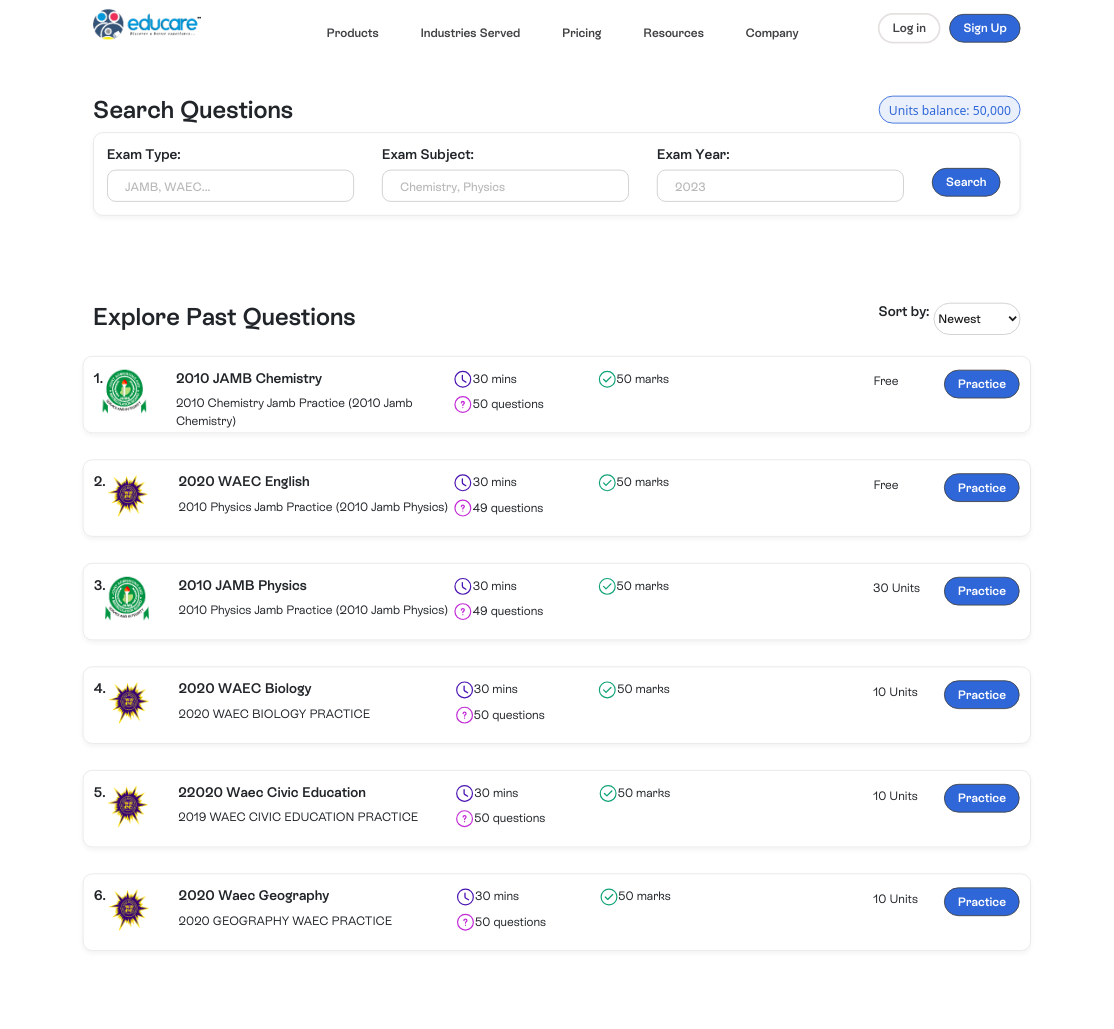
Repository: sarahnnanyelugo/educare-cbt
Page: /exam-list
An editor plug-in stored every save of this project. The page is shown before and after the next save, followed by the edit.
The browser window is 1280 px wide. The pictures show the whole page, at 87% of full size.
The project was rebuilt for these pictures with package versions that can differ from the ones it lists, and the page was loaded fresh each time. Also part of the build but not shown: src/components/Form/SignUpForm.js, src/pages/AuthenticationPage/auth.scss, src/pages/AuthenticationPage/AuthenticationPage.js, src/components/TestModal/test-modal.scss, src/components/TestModal/TestModal.js, src/components/EducareNavBar/MobileDrop/Mobile-drop.js, src/pages/TestInstructions/TestInstructions.js, src/TestData/walletData.js and 39 more. Imported but missing from the stored project, and not drawn on this page: src/components/Form/Password, src/components/GoogleButton/GoogleButton.

Above is the page before, as saved 2023-11-13 19:02:04.

### src/App.css
@font-face {
  font-family: rebondG;
  src: url(./assets/fonts/Rebond_font/RebondG.otf);
}
@font-face {
  font-family: rebondG-Bold;
  src: url(./assets/fonts/Rebond_font/RebondG-Bold.otf);
}
@font-face {
  font-family: rebondG-Semi-Bold;
  src: url(./assets/fonts/Rebond_font/Rebond-semibold.otf);
}
@font-face {
  font-family: rebondG-Medium;
  src: url(./assets/fonts/Rebond_font/RebondGrotesqueMedium.otf);
}
@font-face {
  font-family: rebondBook;
  src: url(./assets/fonts/Rebond_font/RebondG-Book.ttf);
}

h1,
h2,
h3,
h4,
h5,
h6 {
  font-family: rebondG-Semi-Bold;
}

p {
  font-family: rebondBook;
  font-size: 16px;
}
small {
  font-family: rebondBook;
}
button {
  font-family: rebondG-Semi-Bold;
}
ul li {
  font-family: rebondG-Medium;
}
@media screen and (min-width: 620px) {
  .flexy {
    display: flex;
  }
}
@media screen and (max-width: 620px) {
  .flexyM {
    display: flex;
  }
}
hr {
  border-color: #a4a2a2 !important;
}

### src/pages/ExamList/ExamList.js
import React, { useState } from "react";
import { Exams } from "../../components/Exams/Exams";
import { exams } from "../../TestData";
import "./exam-list.scss";
import Table from "react-bootstrap/Table";
import { Navbar } from "../../components/Navbar/Navbar";
import EducareNavBar from "../../components/EducareNavBar/EducareNavBar";
import { useLocation } from "react-router-dom";

export const ExamList = () => {
  const [user, setUser] = useState(JSON.parse(sessionStorage.getItem("user")));

  const [state, setState] = useState({
    query: "",
    list: exams,
  });
  const location = useLocation();

  return (
    <>
      <div>{user === undefined ? <Navbar /> : <EducareNavBar />}</div>
      <div className="home-div col-md-10 offset-md-1 mt5">
        <div className="flexy flexyM unit">
          <h3>Search Questions</h3>
          <button>Units balance: 50,000</button>
        </div>
        <div className="flexy question-type-div">
          <div className="col-md-11 flexy">
            {" "}
            <div className="col-md-4">
              <h6>Exam Type:</h6>
              <input placeholder="JAMB, WAEC..." />
            </div>
            <div className="col-md-4">
              <h6>Exam Subject:</h6>
              <input placeholder="Chemistry, Physics" />
            </div>
            <div className="col-md-4">
              <h6>Exam Year:</h6>
              <input placeholder="2023" />
            </div>
          </div>
          <div className="col-md-1 ">
            <button>Search</button>
          </div>
        </div>
        <div className="flexy sort flexyM">
          <h3>Explore Past Questions</h3>
          <div className="flexy flexyM">
            <h6>Sort by:</h6>
            <select>
              <option>Newest</option>
              <option>Oldest</option>
              <option>Subject</option>
              <option>Year</option>
            </select>
          </div>
        </div>
        <div className="row ">
          {state.list.map((data, index) => (
            <Exams data={data} />
          ))}
        </div>
      </div>
    </>
  );
};

### src/pages/ExamList/exam-list.scss
@import "../../variables";
@import "../../shared-styles";

.home-div {
  padding-top: 60px;
  padding-bottom: 60px;
  .unit {
    h3 {
      flex-grow: 1;
    }
    button {
      color: #2f67d8;
      background: #2f67d81a;
      border: solid 1px #2f67d8;
      width: 163px;
      font-size: 14px;
      height: 32px;
      border-radius: 100px;
      @media screen and (max-width: 620px) {
        width: 140px;
        font-size: 12px;
      }
    }
    @media screen and (max-width: 620px) {
      margin-bottom: 10px;
    }
  }
  .question-type-div {
    border-radius: 11px;
    background: #ffffff;
    padding: 15px;
    border: solid 1px #e7e7e7;
    box-shadow: 0px 3px 6px #0000000d;
    input {
      width: 90%;
      border: solid 1px #cecbcb;
      height: 37px;
      border-radius: 10px;
      background: #fff;
      padding-left: 20px;
      @media screen and (max-width: 620px) {
        width: 100%;
      }
    }
    ::placeholder {
      color: #191919 !important;
      text-align: left;
      opacity: 0.3;
      font-size: 14px !important;
      font-family: rebondG-Medium;
    }
    button {
      @include main-btn;
      margin-top: 25px;
    }
    h6 {
      @media screen and (max-width: 620px) {
        margin-top: 30px;
      }
    }
  }
  .sort {
    margin-top: 100px;
    margin-bottom: 20px;
    h3 {
      flex-grow: 1;
      @media screen and (max-width: 620px) {
        font-size: 16px;
        margin-top: 10px;
      }
    }
    h6 {
      // margin-top: 10px;
      margin-right: 5px;
    }
    select {
      border: solid 1px #cecbcb;
      border-radius: 35px;
      width: 100px;
      height: 37px;
      background: #fff;
      font-family: rebondG-Medium;
      font-size: 14px;
      color: #191919;
    }
  }
}

### src/pages/TestInstructions/test-instructions.scss
@import "../../variables";
@import "../../shared-styles";

.test-instructions-div {
  padding-top: 80px;
  padding-bottom: 250px;
  background: url("../../assets/images/brush-bg.png");
  background-size: cover;
  background-repeat: no-repeat;
  //   background-position: center;
  @media screen and (max-width: 620px) {
    padding-left: 10px;
    padding-right: 10px;
  }
  .T-instructions {
    border: 1px solid #e7e7e7;
    box-shadow: 0px 3px 6px #0000000d;
    border-radius: 10px;
    height: 444px;
    background: #fff;
    padding: 30px 20px;
    @media screen and (max-width: 620px) {
      height: fit-content;
    }
    .title-div {
      border-bottom: 1px solid #e7e7e7;
    }
    .inner {
      margin-top: 30px;
      h6 {
        margin-bottom: 20px;
        font-size: 16px;
      }
      p {
        font-size: 16px;
      }
      .proceed-btn {
        @include main-btn;
      }
      .back-btn {
        border: 1px solid #2f67d8;
        color: #2f67d8;
        background: #fff;
        border-radius: 100px;
        width: 91px;
        height: 36px;
        font-size: 14px;
      }
      .instruction-btns {
        margin-top: 250px;
        @media screen and (max-width: 620px) {
          margin-top: 120px;
        }
      }
    }
    ul {
      margin-top: 60px;
    }
    ul li {
      color: #d52143;
      font-size: 14px;
      img {
        margin-right: 7px;
      }
    }
  }
}

### src/pages/Wallet/wallet.scss
@import "../../variables";
@import "../../shared-styles";

.balance-sheet {
  height: 146px;
  border: 1px solid var(--unnamed-color-2f67d8);
  background: #2f67d81a 0% 0% no-repeat padding-box;
  box-shadow: 0px 3px 6px #0000000d;
  border: 1px solid #2f67d8;
  border-radius: 10px;
  padding: 20px;
  button {
    @include main-btn;
    margin-top: 40px;
  }
  h1 {
    font-family: rebondG-Bold;
  }
}
.activity-div {
  height: 106px;
  background: var(--unnamed-color-ffffff) 0% 0% no-repeat padding-box;
  background: #ffffff 0% 0% no-repeat padding-box;
  box-shadow: 0px 3px 6px #0000000d;
  border: 1px solid #e7e7e7;
  border-radius: 11px;
  padding: 0px 20px;
  margin-top: 20px;
  small {
    font-size: 12px;
    color: #191919;
    opacity: 0.5;
  }
  p {
    font-size: 14px;
    color: #191919;
    opacity: 0.5;
    line-height: 20px;
  }
  h6 {
    // margin: 0 !important;
  }
  img {
    height: 49px;
    width: 50px;
    margin-top: 20px;
  }
}

.your-div {
  opacity: 0;
  transform: translateY(100%);
  transition: opacity 0.5s, transform 0.5s;
}

.your-div.slide-in {
  opacity: 1;
  transform: translateY(0);
}

/* Add a delay for each div */
.your-div:nth-child(1) {
  transition-delay: 0.5s;
}

.your-div:nth-child(2) {
  transition-delay: 1s;
}

.your-div:nth-child(3) {
  transition-delay: 1.5s;
}
.your-div:nth-child(4) {
  transition-delay: 2s;
}

/* Add more rules for additional divs */

### src/pages/SummaryPage/summary.scss
@import "../../variables";
@import "../../shared-styles";

.test-instructions-div {
  padding-top: 80px;
  padding-bottom: 250px;
  background: url("../../assets/images/brush-bg.png");
  background-size: cover;
  background-repeat: no-repeat;
  .test-body {
    height: 394px;
    box-shadow: 0px 3px 6px #0000000d;
    border: 1px solid #e7e7e7;
    border-radius: 10px;
    background: #fff;
    h3 {
      color: #191919;
      font-family: rebondG-Bold;
      font-size: 20px;
    }

    .attempts-btn {
      border-bottom: solid 1px #e7e7e7;
    }
  }
  .return-btn {
    padding: 5px 10px;
    background: #2f67d8;
    border: solid 1px #414244;
    border-radius: 100px;
    font-family: rebondG-Semi-Bold;
    color: #fff;
    font-size: 14px;
  }
}
.summary-btn {
  border: solid 1px #2f67d8;
  box-shadow: 0px 3px 6px #0000000d;
  border-radius: 10px;
  width: 94px;
  height: 52px;
  color: #2f67d8;
  font-family: rebondG-Bold;

  background: #2f67d81a;
  font-size: 14px;
}
.submit-query {
  padding-top: 20px;
  padding-bottom: 20px;
}

### src/pages/Home/home.scss
@import "../../variables";
@import "../../shared-styles";
.landing-div {
  background: url("../../assets/images/brush-bg.png");
  background-repeat: no-repeat;
  background-size: cover;
  padding: 120px 0;
  h1 {
    font-size: 40px;
    font-family: rebondG-Bold;
  }
  button {
    @include main-btn;
  }
}
.partners {
  padding-top: 30px;
  padding-bottom: 100px;
  img {
    filter: grayscale(100%);

    margin: 10px 22px;
  }
  .lagoon {
    width: 222px;
    height: 45px;
  }
  .grange {
    width: 178px;
    height: 41px;
  }
  .lbs {
    width: 169px;
    height: 41px;
  }
  .starvile {
    width: 96px;
    height: 59px;
  }
  .evergreen {
    width: 110px;
    height: 53px;
  }
  .meadow {
    width: 206px;
    height: 49px;
  }
}
.exam-container {
  height: 84px;
  padding: 20px;
  background: #ffffff 0% 0% no-repeat padding-box;
  box-shadow: 0px 3px 6px #0000000d;
  border: 1px solid #e7e7e7;
  border-radius: 10px;
  &:hover {
    background: #f3f3f3;
  }
  h6 {
    margin-top: 10px;
    margin-left: 20px;
  }
}
.all-learners {
  background: #fbfbfb;
  padding-top: 50px;
  padding-bottom: 60px;
  h1 {
    color: #2f67d8;
    font-size: 108px;
    text-align: center;
    margin-top: 40px;
  }
  .steps {
    height: 236px;
    background: #ffffff 0% 0% no-repeat padding-box;
    box-shadow: 0px 3px 6px #0000000d;
    border: 1px solid #e7e7e7;
    text-align: center;
    padding: 50px;
    margin-top: -60px;
    position: relative;
    z-index: 2;
    border-radius: 10px;
    span {
      border-bottom: solid 2px #2f67d8;
    }
    h4 {
      margin-bottom: 20px;
    }
  }
}
.testimonial-div {
  height: 831px;
  margin-bottom: 50px;
  background: rgb(255, 255, 255);
  background: linear-gradient(
    0deg,
    rgba(255, 255, 255, 1) 1%,
    rgba(244, 247, 254, 1) 9%,
    rgba(244, 247, 254, 1) 90%,
    rgba(255, 255, 255, 1) 100%
  );
  .heading {
    margin-top: 300px;
    h4 {
      font-family: rebondG-Bold;
    }
  }
}
.prefooter {
  padding: 50px;
  background: url("../../assets/images/brush-bg.png");
  background-repeat: no-repeat;
  background-size: cover;
  height: 271px;
  background-color: #fff;
  border-radius: 10px;
  box-shadow: 0px 3px 6px #0000000d;
  margin-bottom: -70px;
  border: solid 1px rgb(223, 223, 223);
  opacity: 1;
  position: relative;
  z-index: 20;
  button {
    @include main-btn;
    margin-top: 70px;
  }
}

### src/components/Exams/exams.scss
@import "../../variables";
@import "../../shared-styles";

.questions-div {
  border: 1px solid #e7e7e7;
  border-radius: 11px;
  box-shadow: 0px 3px 6px #0000000d;
  height: 89px;
  margin-bottom: 30px;
  padding-top: 15px;

  @media screen and (max-width: 620px) {
    height: fit-content;
    overflow: scroll;
  }
  h6 {
    font-size: 16px;
  }
  p {
    font-size: 14px;
  }
  button {
    @include main-btn;
  }

  tr td {
    border: none;
    padding: 0 !important;
    text-align: left;
    // overflow: scroll;
    small {
      font-size: 14px;
    }
  }
}

### src/_variables.scss
$blue: #0098da;
$lightblue: #e1f2fa;
$purple: #5044b2;
@mixin get-started-button {
  color: #fff;
  border-radius: 35px;
  border: solid 1px #414244;
  padding: 8px 20px;
  font-size: 14px;
  font-family: rebondG-Semi-Bold;

  // &:hover {
  //   background: #30266b;
  //   transition: 0.5s ease;
  // }
}
@mixin main-btn {
  background: #2f67d8 !important;
  color: #fff;
  border-radius: 100px;
  // width: 91px;
  // height: 36px;
  padding: 5px 15px;
  font-size: 14px;
  border: solid 1px #414244;
  font-family: rebondG-Semi-Bold;

  &:hover {
    background: #1e4ba7 !important;
    transition: 0.5s ease;
  }
}
@mixin login-or-signup-button {
  background: #fff !important;
  color: #414244;
  border-radius: 32px;
  padding: 5px 15px;
  font-size: 14px;
  // font-weight: bold;
  border: none;
  border: solid 2px rgb(230, 225, 225);
  font-family: rebondG-Semi-Bold;

  &:hover {
    background: rgb(231, 231, 231) !important;
    transition: 0.5s ease;
  }
}

### src/_shared-styles.scss
.mt1 {
  margin-top: 10px;
}
.mt2 {
  margin-top: 20px;
}
.mt3 {
  margin-top: 30px;
}
.mt4 {
  margin-top: 40px;
}
.mt5 {
  margin-top: 50px;
}
.mt6 {
  margin-top: 60px;
}
.mt7 {
  margin-top: 70px;
}
.mt8 {
  margin-top: 80px;
}
.mt9 {
  margin-top: 90px;
}
.mt {
  margin-top: 140px;
}
.mtt {
  margin-top: 200px;
}
.bb {
  border-bottom: solid 1px rgb(233, 229, 229);
}
.bt {
  border-top: solid 1px rgb(233, 229, 229);
}
.pd {
  padding: 80px 0;
}
.br {
  border-right: solid 1px rgb(233, 229, 229);
}
.no-m {
  @media screen and (max-width: 620px) {
    margin: 0 !important;
  }
}
.ml {
  margin-left: 10px;
}
.ml4 {
  margin-left: 40px;
}
.ml3 {
  margin-left: 30px;
}

.features-link {
  color: #191919;
  text-decoration: none;
  &:hover {
    color: #191919;
  }
}

.mb5 {
  margin-bottom: 50px;
}
.mb4 {
  margin-bottom: 40px;
}

.no-margin {
  @media screen and (max-width: 620px) {
    margin-top: 0px !important;
    text-align: center;
  }
}
.grad2 {
  background: rgb(255, 255, 255);
  background: linear-gradient(
    180deg,
    rgba(255, 255, 255, 1) 28%,
    rgba(240, 240, 240, 1) 48%,
    rgba(255, 255, 255, 1) 75%
  );
}
.dn {
  @media screen and (max-width: 620px) {
    display: none;
  }
}
.dnW {
  @media screen and (min-width: 620px) {
    display: none;
  }
}
.dnM {
  @media screen and (max-width: 620px) {
    display: none;
  }
}
.img-resolv {
  width: 90%;
  @media screen and (max-width: 620px) {
    width: 100%;
  }
}
.link {
  font-size: 12px;
  text-decoration: none;
  color: #000;
  font-family: rebondG-Semi-Bold;
  margin-bottom: 0 !important;
}
.link2 {
  font-size: 12px;
  text-decoration: none;
  color: #2f67d8;
  font-family: rebondG-Semi-Bold;
}
.mobileview {
  @media screen and (min-width: 620px) {
    display: none;
  }
}

### src/pages/TestAnalysis/Analysis/analysis.scss
@import "../../../variables";
@import "../../../shared-styles";

.analysis-div {
  padding-top: 15px;

  @media screen and (max-width: 620px) {
    height: fit-content;
    overflow: scroll;
  }
  button {
    @include main-btn;
  }
  h6 {
    font-size: 16px;
  }
  p {
    font-size: 14px;
  }
  button {
    @include main-btn;
  }

  tr td {
    border: none;
    padding-top: 10px !important;
    padding-bottom: 5px !important;
    text-align: left;
    // border-top: 1px solid #e7e7e7;
    // border-bottom: 1px solid #e7e7e7;
    small {
      font-size: 14px;
    }
  }
  th {
    font-size: 16px;
    padding-top: 15px;
    padding-bottom: 15px;

    font-family: rebondG-Semi-Bold;
    color: #191919;
  }
}

### src/components/EducareNavBar/MenuTab/_menu-tab.scss
@import "../../../variables";
@import "../../../shared-styles";

.nav-pills .nav-link.active {
  color: #0098da !important;

  border-radius: 0 !important;
  transition: 1s ease !important;
  font-size: 13px !important;
  // margin-left: -4px;
  background: transparent !important;
}
.nav-link {
  color: #161617 !important;
  font-family: rebondG-Semi-Bold;
  padding: 0px !important;
  font-size: 14px !important;
  padding: 5px 0px 5px 0 !important;
  margin-top: 10px;
  width: 100%;
  &:hover {
    color: #161617 !important;
    // background: #e7e7e7;
  }
}
.menu-links {
  span {
    margin-left: 20px;
  }
}
.nav-rowed {
}
.tab-headerss {
  padding-left: 40px;
  @media screen and (max-width: 620px) {
    padding: 0;
  }
  .drop-down-nav {
    color: #161617 !important;
    font-family: rebondG-Semi-Bold;
    padding: 0px !important;
    padding-left: 10px !important;
    font-size: 14px !important;
    line-height: 35px !important;
    &:hover {
      color: #0098da !important;
    }
  }
}

.tab-content {
  background: #fff;
  // margin-left: -14px;
  padding: 10px;
  padding-left: 30px;
  color: #000;
  @media screen and (max-width: 620px) {
    padding: 0;
  }
}

### src/components/EducareNavBar/MobileDrop/mobile-drop.scss
@import "../../../variables";
@import "../../../shared-styles";

.mobile-drop-container {
  .accordion-button::after {
    margin-left: 20px !important;
    margin-top: 0px !important;
  }
  .accordion-header {
    background: none !important;
    // padding-bottom: 80px;
  }

  .accordion-body {
  }
  .accordion-button:not(.collapsed) {
    border: none !important;
    box-shadow: none !important;
  }

  .accordion-button:focus {
    outline: none !important;
    color: #161617 !important;
  }
  .accordion-button:hover {
    outline: none !important;
    background: none !important;
  }
  .accordion-button {
    padding-left: 15px !important;
    padding: 0 !important;
    box-shadow: none !important;
    margin-bottom: 20px;
  }
  .accordion-button::after {
    background-image: none !important;
    content: "\02C7";
    font-size: 25px !important;
    color: black !important;
    margin-top: 5px !important;
    font-weight: bold !important;
  }
  .accordion-button:not(.collapsed)::after {
    content: "\02C6" !important;
    margin-top: -5px !important;
  }
  .accordion-button:not(.collapsed) {
    color: black !important;
    box-shadow: none !important;
    border: none !important;
  }
}
.accordion {
  background: none !important;
}

### src/components/EducareNavBar/MenuLink/menu-link.scss
.menu-link-container {
  // padding-left: 10px;
  height: 150px;
  // background: red !important;
  padding: 7px;
  margin-bottom: 5px;
  @media screen and (max-width: 620px) {
    padding: 0;
  }
  &:hover {
    background: #f8f8f8;
    border-radius: 5px;
  }
  img {
    height: 28px;
    width: 28px;
  }
  p {
    font-size: 10px;
    line-height: 16px;
    @media screen and (max-width: 620px) {
      line-height: 22px;
    }
  }
  h6 {
    font-size: 16px !important;
    margin-top: 5px;
  }
}
.menu-link {
  &:hover {
    color: #161617;
  }
}
.hidden {
  display: none;
}

### src/components/Navbar/navbar.scss
.nav-container {
  padding: 5px 60px;
  box-shadow: 0px 3px 6px #00000029;
  background: #fff;
  @media screen and (max-width: 620px) {
    padding: 15px 5px;
  }
  .logo-holder {
    flex-grow: 1;
    img {
      width: 50%;
      @media screen and (max-width: 620px) {
        width: 100%;
      }
    }
  }
  .navs {
    flex-grow: 1;

    .navlinks {
      button {
        margin: 0 10px;
        padding: 5px 13px;
        border: none;
        color: #000;
        margin-top: 10px;
        text-decoration: none;
        font-size: 14px;
        border-radius: 100px;
        background: #fff;
        font-family: rebondG-Medium;
        @media screen and (max-width: 620px) {
          margin: 0 0px;
        }
      }
    }
  }
}
.active {
  button {
    color: #2f67d8 !important;
    background: #c7d8fa !important;
  }
}
.hide {
  display: none;
}
.meu-holder {
  width: 72px;
  height: 35px;
  background: var(--unnamed-color-ffffff) 0% 0% no-repeat padding-box;
  border: 1px solid var(--unnamed-color-cecbcb);
  background: #ffffff 0% 0% no-repeat padding-box;
  border: 1px solid #cecbcb;
  border-radius: 100px;
  padding-left: 15px;
  padding-top: 3px;
  margin-left: 15px;
  .menu-icon {
    width: 12px;
    height: 8px;
    margin-right: 5px;
  }
  .person {
    height: 23px;
    width: 23px;
  }
}

Loaded but not shown: public/index.html (common file); src/index.js (common file); src/index.css (common file); src/reportWebVitals.js (common file); src/components/scrollToTop.js (common file); src/TestData/questionsData.js (1013 lines, source omitted); src/components/EducareNavBar/MenuTab/MenuTab.js (162 lines, source omitted); src/TestData/MenuLinksData.js (206 lines, source omitted); src/TestData/summaryData.js (82 lines, source omitted); src/components/Navbar/Navbar.js (83 lines, source omitted); src/components/Exams/Exams.js (75 lines, source omitted); src/App.js (42 lines, source omitted); src/TestData/analysisData.js (85 lines, source omitted); src/TestData/examsData.js (65 lines, source omitted); src/components/EducareNavBar/MenuLink/MenuLink.js (35 lines, source omitted); src/TestData/index.js (5 lines, source omitted); src/components/EducareNavBar/EducareNavBar.jsx (1102 lines, source omitted); src/components/EducareNavBar/_educare-navbar.scss (466 lines, source omitted); src/components/Form/form.scss (213 lines, source omitted); src/pages/Question/question.scss (143 lines, source omitted); src/pages/AnalysisDashboard/analysis-dashboard.scss (136 lines, source omitted)

After the next save:
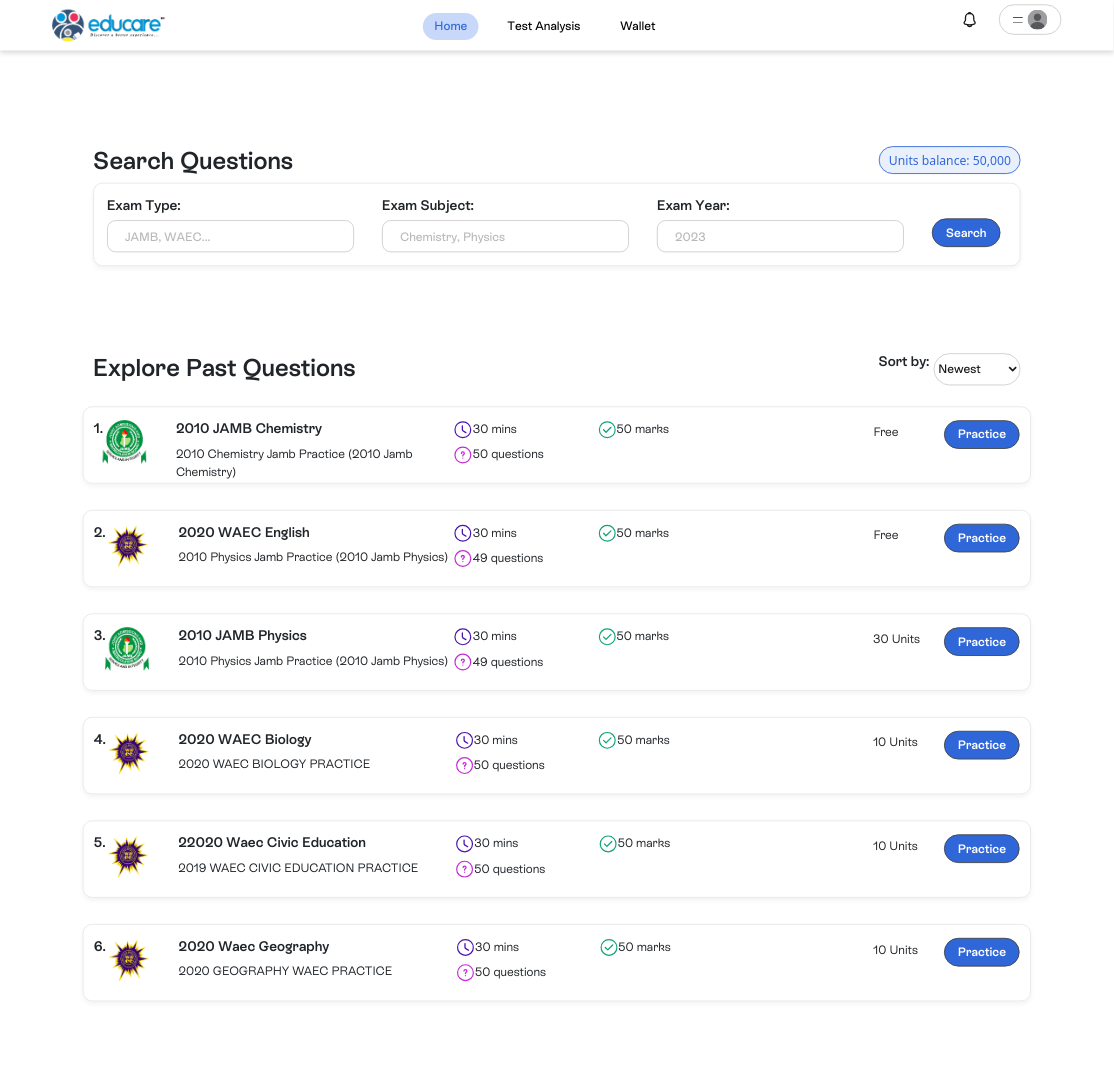
Saved 17 min 24 s later.
--- a/src/pages/ExamList/ExamList.js
+++ b/src/pages/ExamList/ExamList.js
@@ -18,7 +18,7 @@
 
   return (
     <>
-      <div>{user === undefined ? <Navbar /> : <EducareNavBar />}</div>
+      <div>{user !== undefined ? <Navbar /> : <EducareNavBar />}</div>
       <div className="home-div col-md-10 offset-md-1 mt5">
         <div className="flexy flexyM unit">
           <h3>Search Questions</h3>
